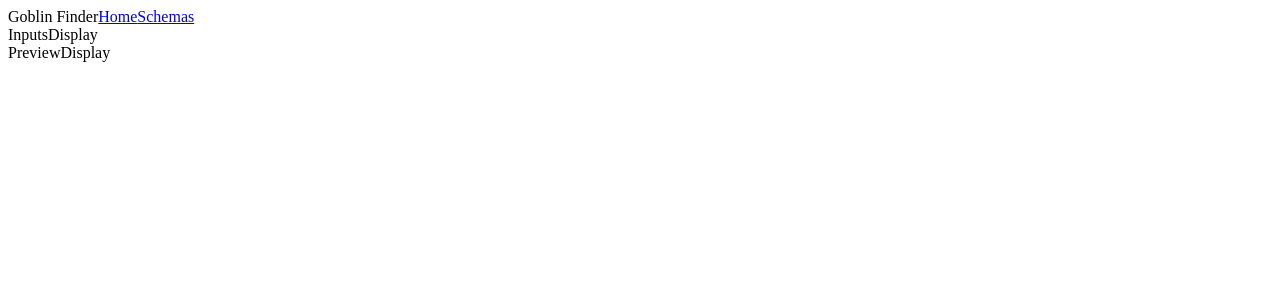
Repository: PseudoDD/DittoData
Page: /
The author's editor kept a copy of each file at every save. The page is drawn from the files as they stood at one save, then again after the next save.
The browser window is 1280 px wide. The pictures show the whole page.
The project was rebuilt for these pictures with package versions that can differ from the ones it lists, and the page was loaded fresh each time. Also part of the build but not shown: webpack.config.js, client/containers/MainContainer.jsx, client/components/Login.jsx, client/components/SchemasDisplay.jsx.

Above is the page before, as saved 2022-08-29 19:53:33.

### index.html
<!DOCTYPE html>
<html lang="en">

<head>
  <meta charset="UTF-8">
  <meta http-equiv="X-UA-Compatible" content="IE=edge">
  <meta name="viewport" content="width=device-width, initial-scale=1.0">
  <title>DittoData</title>
</head>

<body>
  <div id="root"></div>
  <script src="./build/bundle.js"></script>
</body>

</html>

### client/index.js
import React from "react";
import { render } from "react-dom";
// import { BrowserRouter, Route, Routes } from "react-router-dom";
// import { createTheme, ThemeProvider } from "@mui/material";
import App from "./App.jsx";

render(
  <App/>,
  document.getElementById("root")
);

### client/App.jsx
import React, {useState} from 'react';
import MainContainer from './containers/MainContainer.jsx';
import { Routes, Route, HashRouter} from "react-router-dom";
import Navbar from './components/Navbar.jsx'
import Home from './components/Dashboard.jsx'
import Login from './components/Login.jsx'
import SchemasDisplay from './components/SchemasDisplay.jsx';

function App() {
  // TODO: Merge with backend login work to setLoggedIn properly
  const [loggedIn, setLoggedIn] = useState(true);

  if(loggedIn) {
    return (
      <div className = "App">
          <HashRouter>
            <Navbar />
            <Routes>
                <Route path = "/" element = {<Home/>}/>
                <Route path = "/schemas" element = {<SchemasDisplay/>}/>
            </Routes>
          </HashRouter>
      </div> )
  } else {
    return (
      <Login />
    )
  }
}



export default App;

### client/components/Navbar.jsx
import React from 'react'
import { Box, Button } from "@mui/material";
import { Link, useNavigate } from 'react-router-dom';

export default function Navbar() {

  return (
    <Box  className="Navbar">
      <Box component="span">Goblin Finder</Box>
      <Box component="span"><Link className="nav-link" to="/">Home</Link></Box>
      <Box component="span"><Link className="nav-link" to="/schemas">Schemas</Link></Box>
    </Box>
  )
}

### client/components/Dashboard.jsx
import React from 'react'
import {Grid, Box} from '@mui/material'
import InputsDisplay from './InputsDisplay.jsx'
import PreviewDisplay from './PreviewDisplay.jsx'

export default function Home() {
  return (
    <>
      <InputsDisplay />
      <PreviewDisplay />
    </>
  )
}

### client/components/InputsDisplay.jsx
import React from 'react'

export default function InputsDisplay() {
  return (
    <div>InputsDisplay</div>
  )
}

### client/components/PreviewDisplay.jsx
import React from 'react'

export default function PreviewDisplay() {
  return (
    <div>PreviewDisplay</div>
  )
}

After the next save:
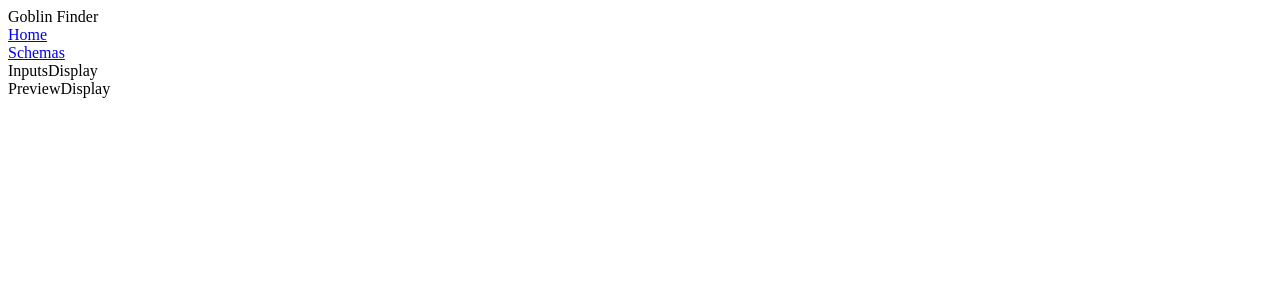
Saved 31 s later.
--- a/client/components/Navbar.jsx
+++ b/client/components/Navbar.jsx
@@ -5,10 +5,10 @@ import { Link, useNavigate } from 'react-router-dom';
 export default function Navbar() {
 
   return (
-    <Box  className="Navbar">
-      <Box component="span">Goblin Finder</Box>
-      <Box component="span"><Link className="nav-link" to="/">Home</Link></Box>
-      <Box component="span"><Link className="nav-link" to="/schemas">Schemas</Link></Box>
+    <Box component="span" className="Navbar">
+      <Box >Goblin Finder</Box>
+      <Box ><Link className="nav-link" to="/">Home</Link></Box>
+      <Box ><Link className="nav-link" to="/schemas">Schemas</Link></Box>
     </Box>
   )
 }
